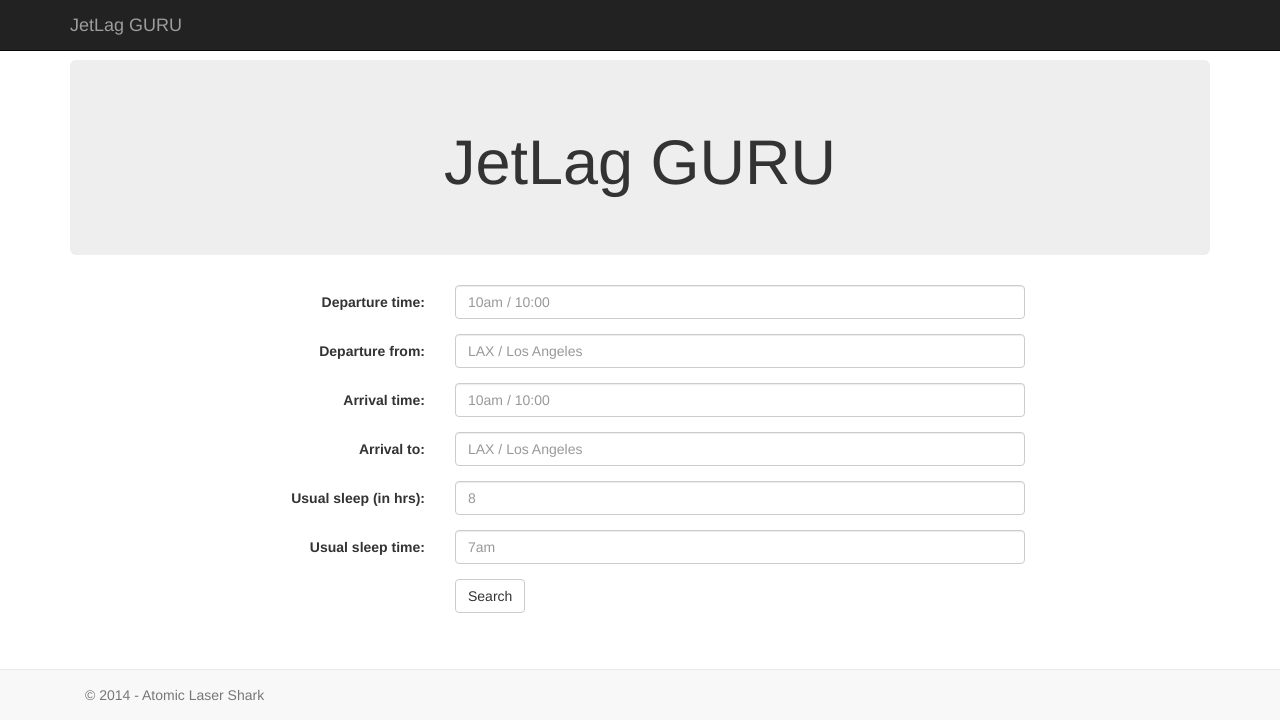
Repository: CzechHackathon2014/jetlag-guru
Page: client/index.html
The author's editor kept a record of every edit. The page is drawn from the files as they stood at one moment, then again after the next edit.
The browser window is 1280 px wide. The pictures show the whole page.

Above is the page before.

After the next edit:
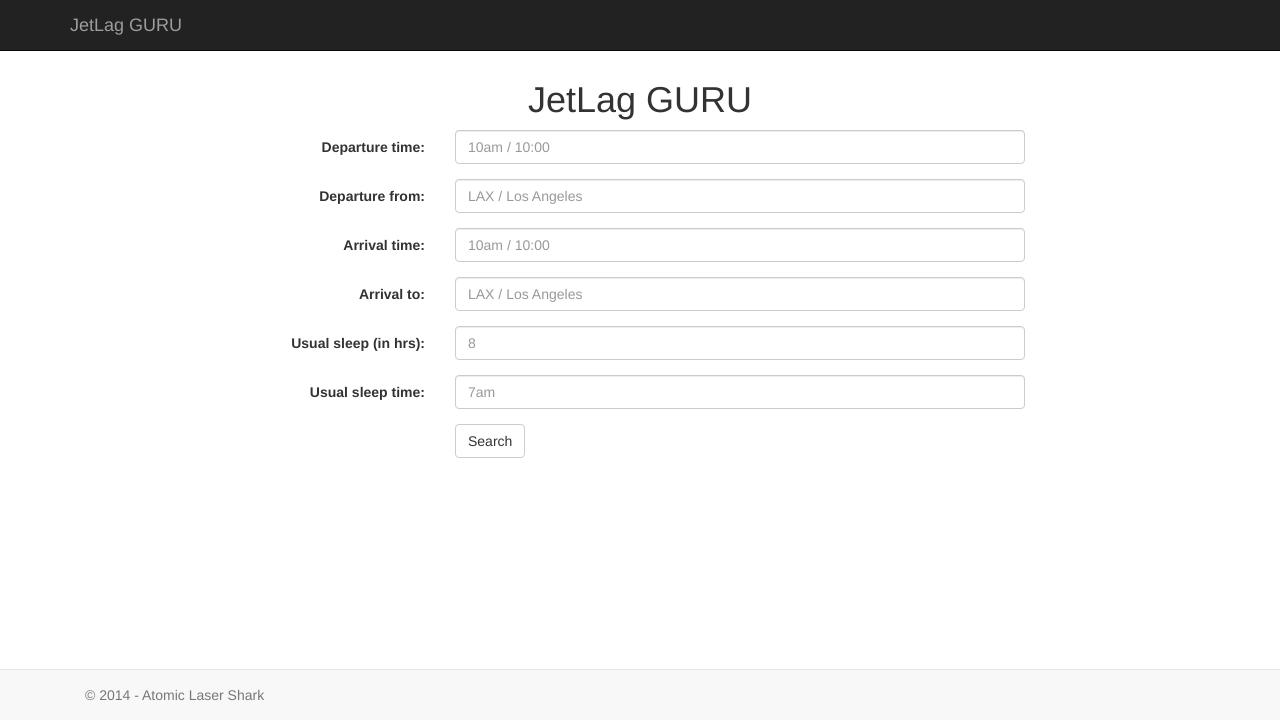
The edit:
--- a/client/index.html
+++ b/client/index.html
@@ -22,9 +22,7 @@
         </div>
     </div>
     <div class="container">
-      <div class="jumbotron">
-        <h1>JetLag GURU</h1>
-      </div>
+      <h1 class="centered">JetLag GURU</h1>
       <form class="form-horizontal">
         <div class="row">
           <div class="form-group">
